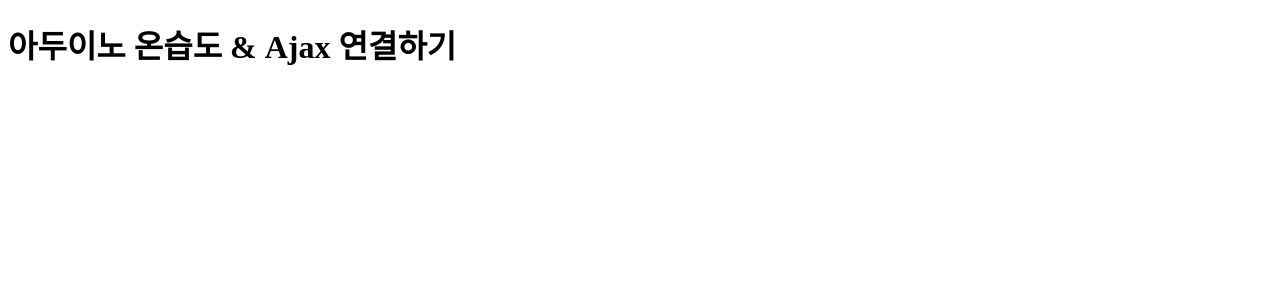
Repository: lafayetteey/WorkSpace
Page: http://localhost/testAduino/views/part2_DHT11_Control.jsp
The author's editor kept a copy of each file at every save. The page is drawn from the files as they stood at one save, then again after the next save.
The browser window is 1280 px wide. The pictures show the whole page.
The page is served by Tomcat 9.

Above is the page before, as saved 2020-08-05 01:38:42.

After the next save:
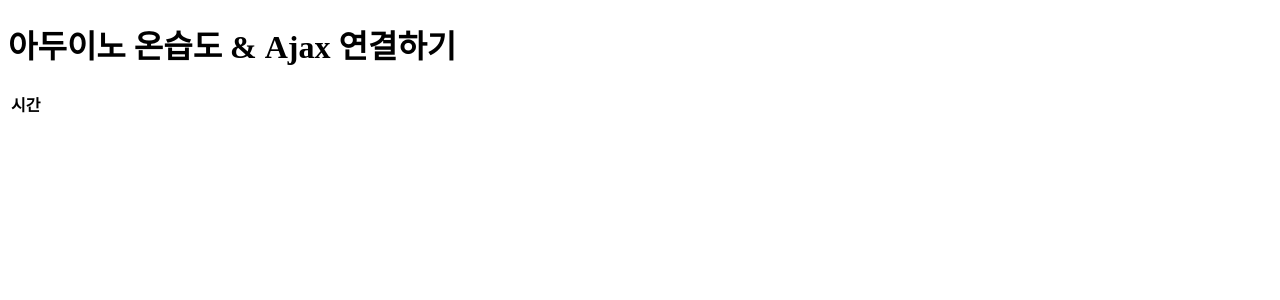
Saved 33 s later.
--- a/workspace_Aduino/testAduino/WebContent/views/part2_DHT11_Control.jsp
+++ b/workspace_Aduino/testAduino/WebContent/views/part2_DHT11_Control.jsp
@@ -8,5 +8,12 @@
 </head>
 <body>
 	<h1>아두이노 온습도 & Ajax 연결하기</h1>
+	<table>
+		<thead>
+			<tr>
+				<th>시간</th>
+			</tr>
+		</thead>
+	</table>
 </body>
 </html>
